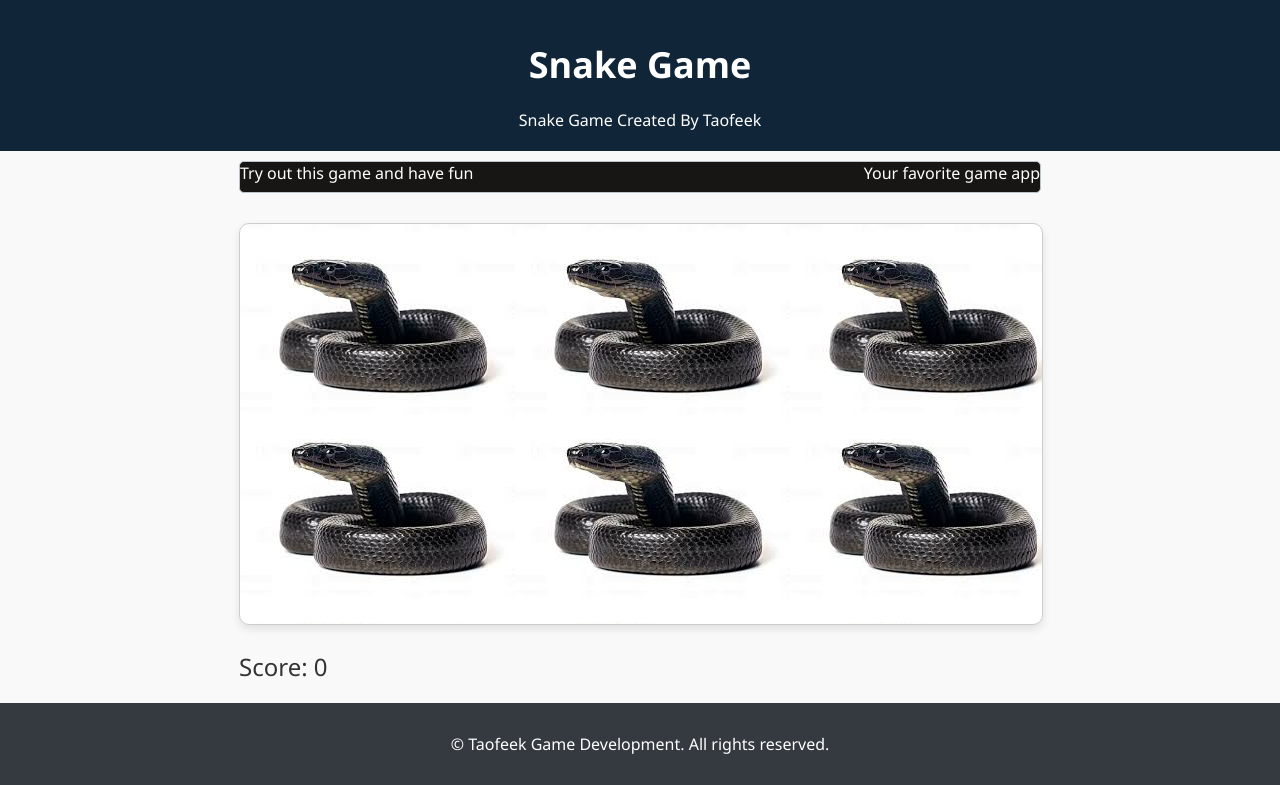
Repository: Taofeekolusola/Landing-page
Page: index.html
The author's editor kept a copy of each file at every save. The page is drawn from the files as they stood at one save, then again after the next save.
The browser window is 1280 px wide. The pictures show the whole page.

Above is the page before, as saved 2024-05-06 18:56:37.
Not found: script.js

After the next save:
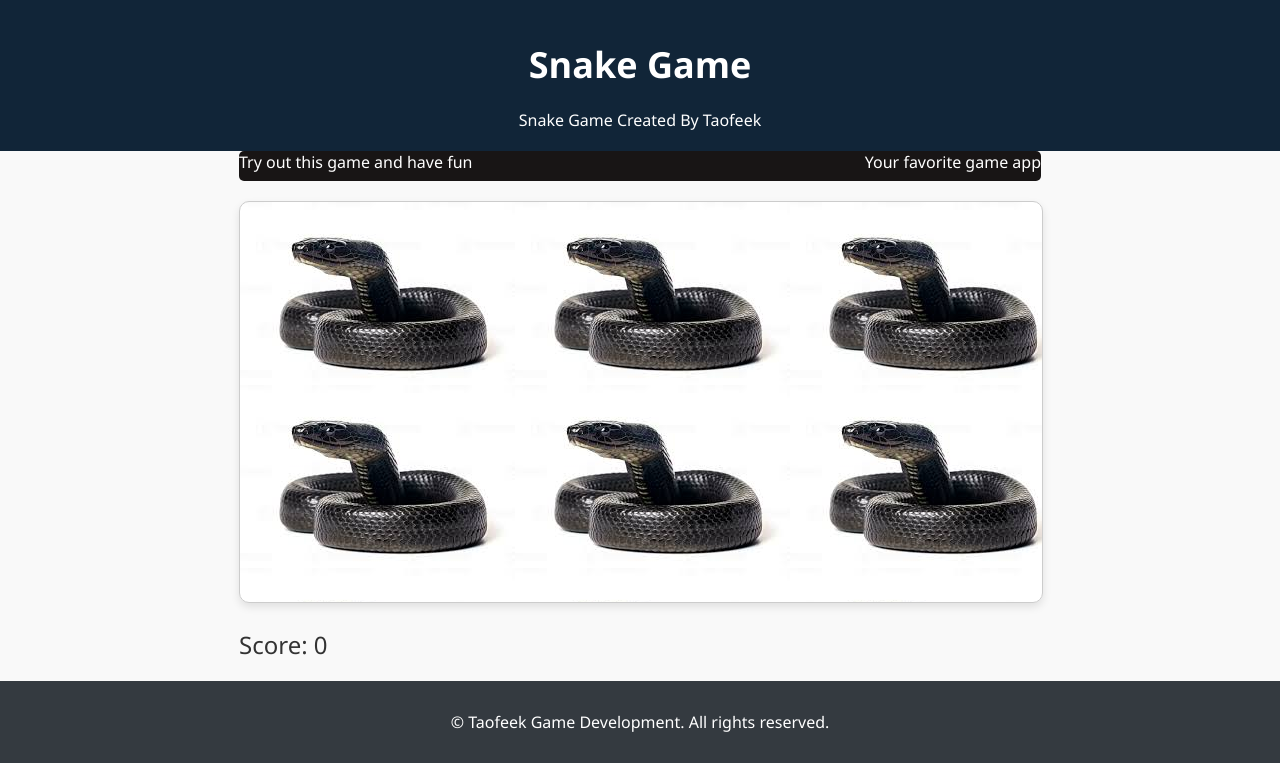
Saved 3 h 2 min later.
--- a/styles.css
+++ b/styles.css
@@ -35,7 +35,7 @@
 }
 
 .text {
-    margin: 10px 0px;
+    margin: 10px 0px
     border: 1px solid #bcc4cc;
     background-color: #181515;
     color: #FFFFFF;

After the 6 saves that followed:
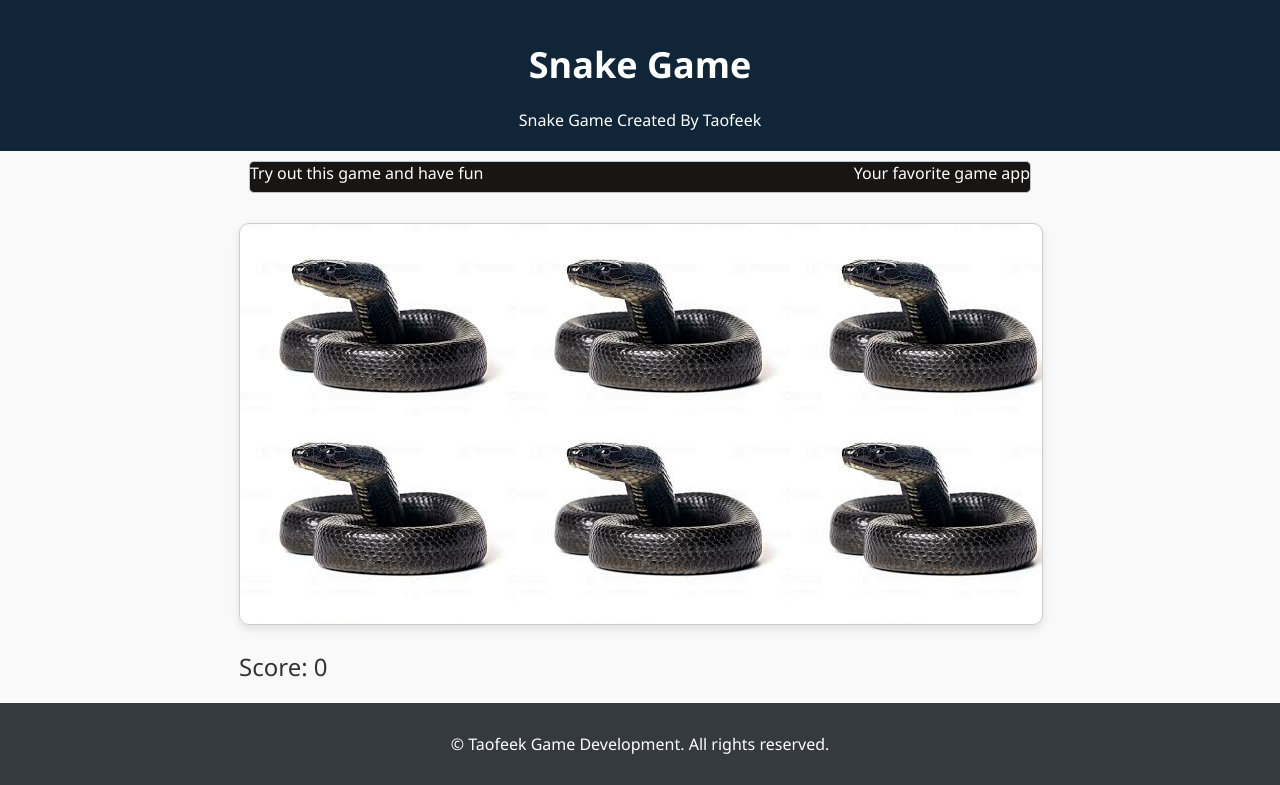
The 6 saves are shown as one change because 4 left the picture as it was and some came seconds apart.
The last was saved 31 s later.
--- a/styles.css
+++ b/styles.css
@@ -35,7 +35,7 @@
 }
 
 .text {
-    margin: 10px 0px
+    margin: 10px;
     border: 1px solid #bcc4cc;
     background-color: #181515;
     color: #FFFFFF;
